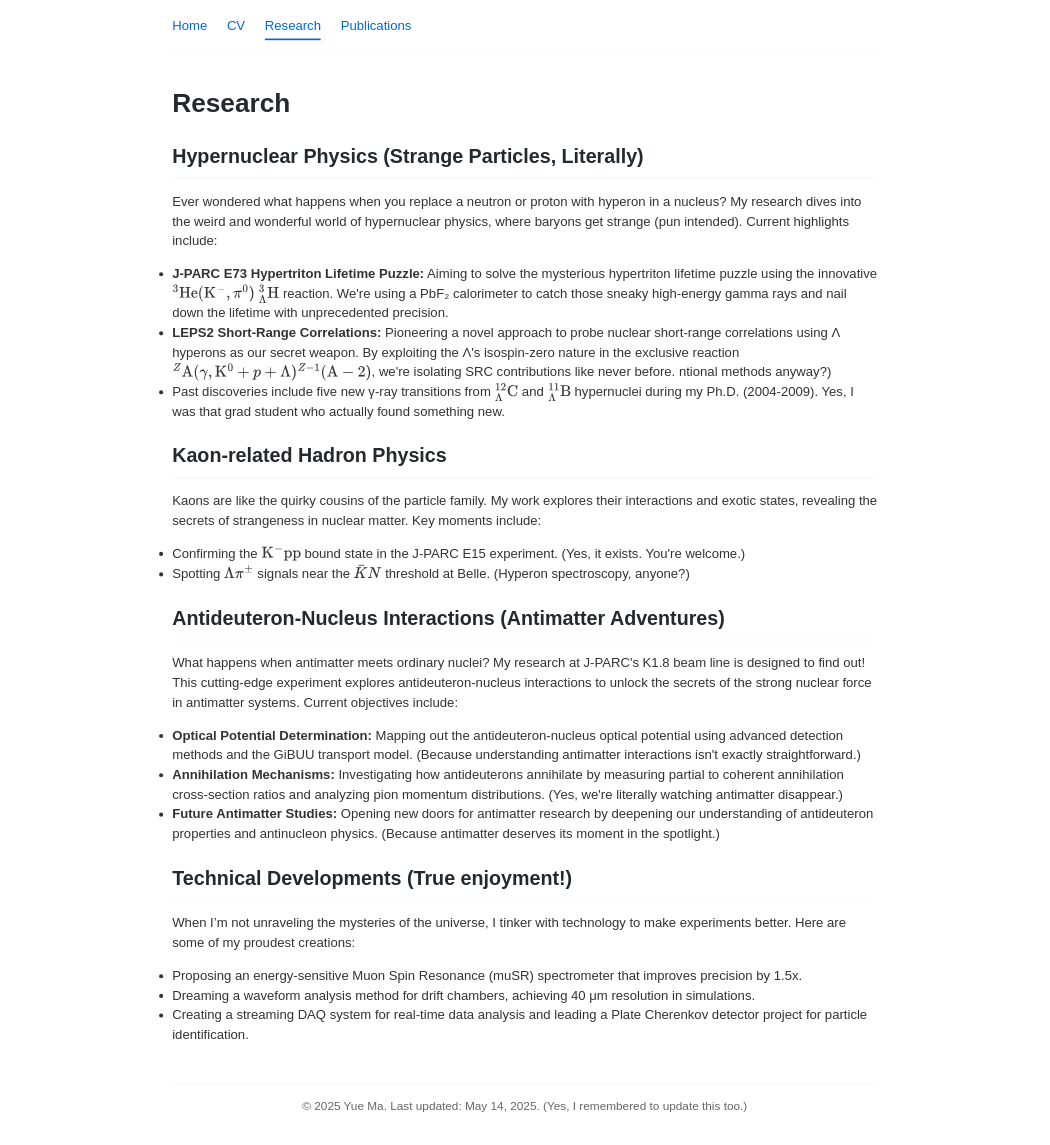
Repository: ymaphys/ymaphys.github.io
Page: research.html
The author's editor kept a copy of each file at every save. The page is drawn from the files as they stood at one save, then again after the next save.
The browser window is 1280 px wide. The pictures show the whole page, at 82% of full size.

Above is the page before, as saved 2025-05-30 07:39:25.
Console error: TypeError: Cannot set properties of null (setting 'textContent')

### research.html
<!DOCTYPE html>
<html lang="en">
<head>
    <meta charset="UTF-8">
    <meta name="viewport" content="width=device-width, initial-scale=1.0">
    <title>Research - Yue Ma</title>
    <link rel="stylesheet" href="assets/css/style.css">

    <!-- MathJax Configuration -->
    <script>
      MathJax = {
        tex: {
          inlineMath: [['$', '$'], ['\\(', '\\)']],
          displayMath: [['$$', '$$'], ['\\[', '\\]']]
        },
        svg: {
          fontCache: 'global'
        }
      };
    </script>

    <!-- Load MathJax -->
    <script
      type="text/javascript"
      id="MathJax-script"
      async
      src="https://cdn.jsdelivr.net/npm/mathjax@3/es5/tex-svg.js">
    </script>
</head>
<body>
    <header>
        <nav>
            <ul>
                <li><a href="index.html">Home</a></li>
                <li><a href="cv.html">CV</a></li>
                <li><a href="research.html" class="active">Research</a></li>
                <li><a href="publications.html">Publications</a></li>
            </ul>
        </nav>
    </header>

    <main>
        <h1>Research</h1>

        <section id="hypernuclear-physics">
            <h2>Hypernuclear Physics (Strange Particles, Literally)</h2>
            <p>
                Ever wondered what happens when you replace a neutron or proton with hyperon
                in a nucleus?
                My research dives into the weird and wonderful world of hypernuclear physics,
                where baryons get strange (pun intended). Current highlights include:
            </p>
            <ul>
                <li>
                    <strong>J-PARC E73 Hypertriton Lifetime Puzzle:</strong> Aiming to solve the
                    mysterious hypertriton lifetime puzzle using the innovative
                    <span class="math inline">$^3\mathrm{He}(\mathrm{K}^-, \pi^0)$ $_\Lambda^3\mathrm{H}$</span>
                    reaction. We're using a PbF₂ calorimeter to catch those sneaky high-energy gamma rays
                    and nail down the lifetime with unprecedented precision.
                </li>
                <li>
                    <strong>LEPS2 Short-Range Correlations:</strong> Pioneering a novel approach to probe
                    nuclear short-range correlations using Λ hyperons as our secret weapon. By exploiting
                    the Λ's isospin-zero nature in the exclusive reaction
                    <span class="math inline">$^Z\mathrm{A}(\gamma, \mathrm{K}^0 + p + \Lambda)^{Z-1}(\mathrm{A}-2)$</span>,
                    we're isolating SRC contributions like never before. ntional methods anyway?)
                </li>
                <li>
                    Past discoveries include five new γ-ray transitions from
                    <span class="math inline">${}_{\Lambda}^{12}\mathrm{C}$</span> and
                    <span class="math inline">${}_{\Lambda}^{11}\mathrm{B}$</span> hypernuclei
                    during my Ph.D. (2004-2009). Yes, I was that grad student who actually found
                    something new.
                </li>
            </ul>
        </section>

        <section id="kaon-related-hadron-physics">
            <h2>Kaon-related Hadron Physics</h2>
            <p>
                Kaons are like the quirky cousins of the particle family. My work explores their
                interactions and exotic states, revealing the secrets of strangeness in nuclear
                matter. Key moments include:
            </p>
            <ul>
                <li>
                    Confirming the <span class="math inline">$\mathrm{K}^{-} \mathrm{pp}$</span>
                    bound state in the J-PARC E15 experiment. (Yes, it exists. You're welcome.)
                </li>
                <li>
                    Spotting <span class="math inline">$\Lambda \pi^{\pm}$</span> signals near the
                    <span class="math inline">$\bar{K}N$</span> threshold at Belle.
                    (Hyperon spectroscopy, anyone?)
                </li>
            </ul>
        </section>

        <section id="antideuteron-experiment">
            <h2>Antideuteron-Nucleus Interactions (Antimatter Adventures)</h2>
            <p>
                What happens when antimatter meets ordinary nuclei? My research at J-PARC's K1.8 beam line
                is designed to find out! This cutting-edge experiment explores antideuteron-nucleus interactions
                to unlock the secrets of the strong nuclear force in antimatter systems. Current objectives include:
            </p>
            <ul>
                <li>
                    <strong>Optical Potential Determination:</strong> Mapping out the antideuteron-nucleus
                    optical potential using advanced detection methods and the GiBUU transport model.
                    (Because understanding antimatter interactions isn't exactly straightforward.)
                </li>
                <li>
                    <strong>Annihilation Mechanisms:</strong> Investigating how antideuterons annihilate
                    by measuring partial to coherent annihilation cross-section ratios and analyzing
                    pion momentum distributions. (Yes, we're literally watching antimatter disappear.)
                </li>
                <li>
                    <strong>Future Antimatter Studies:</strong> Opening new doors for antimatter research
                    by deepening our understanding of antideuteron properties and antinucleon physics.
                    (Because antimatter deserves its moment in the spotlight.)
                </li>
            </ul>
        </section>

        <section id="technical-developments">
            <h2>Technical Developments (True enjoyment!)</h2>
            <p>
                When I’m not unraveling the mysteries of the universe, I tinker with technology
                to make experiments better. Here are some of my proudest creations:
            </p>
            <ul>
                <li>
                    Proposing an energy-sensitive Muon Spin Resonance (muSR) spectrometer that
                    improves precision by 1.5x.
                </li>
                <li>
                    Dreaming a waveform analysis method for drift chambers, achieving 40 μm
                    resolution in simulations.
                </li>
                <li>
                    Creating a streaming DAQ system for real-time data analysis and leading a
                    Plate Cherenkov detector project for particle identification.
                </li>
            </ul>
        </section>

    </main>

    <footer>
        <p>
            &copy; 2025 Yue Ma. Last updated: May 14, 2025.
            (Yes, I remembered to update this too.)
        </p>
    </footer>

    <script src="assets/js/script.js"></script>
</body>
</html>

### assets/css/style.css
/* Minimalist style based on test.html */
* {
    margin: 0;
    padding: 0;
    box-sizing: border-box;
}

body {
    font-family: Arial, sans-serif;
    max-width: 900px;
    margin: 0 auto;
    padding: 20px;
    color: #333;
    line-height: 1.5;
}

h1, h2, h3, h4, h5, h6 {
    color: #24292e;
    margin: 1.5rem 0 1rem;
}

h1 {
    font-size: 2rem;
    margin-top: 0;
}

h2 {
    font-size: 1.5rem;
    border-bottom: 1px solid #f6f8fa;
    padding-bottom: 0.5rem;
}

p {
    margin-bottom: 1rem;
}

a {
    color: #0366d6;
    text-decoration: none;
}

a:hover {
    text-decoration: underline;
}

/* Navigation */
nav {
    margin-bottom: 2.5rem;
    border-bottom: 1px solid #f6f8fa;
    padding-bottom: 1rem;
}

nav ul {
    display: flex;
    list-style: none;
    gap: 1.5rem;
}

nav a {
    padding: 0.5rem 0;
    font-weight: 500;
    position: relative;
}

nav a.active, nav a:hover {
    color: #0366d6;
}

nav a.active::after {
    content: '';
    position: absolute;
    bottom: -1px;
    left: 0;
    width: 100%;
    height: 2px;
    background-color: #0366d6;
}

/* Profile */
.profile {
    display: flex;
    gap: 2rem;
    margin-bottom: 2rem;
    align-items: center;
}

.profile-image img {
    width: 150px;
    height: 150px;
    border-radius: 4px;
    object-fit: cover;
}

/* Content blocks */
pre {
    background-color: #f6f8fa;
    padding: 16px;
    overflow: auto;
    border-radius: 3px;
    margin-bottom: 1.5rem;
}

code {
    background-color: #f6f8fa;
    padding: 0.2em 0.4em;
    margin: 0;
    font-size: 110%;
    border-radius: 3px;
}

pre code {
    padding: 0;
    border-radius: 0;
}

/* Publications */
.publication-list {
    list-style: none;
}

.publication-list li {
    margin-bottom: 1.5rem;
    padding-bottom: 1rem;
    border-bottom: 1px solid #f6f8fa;
}

.publication-title {
    font-weight: 600;
}

/* Footer */
footer {
    margin-top: 3rem;
    padding-top: 1rem;
    border-top: 1px solid #f6f8fa;
    text-align: center;
    font-size: 0.9rem;
    color: #666;
}

/* Responsive */
@media (max-width: 768px) {
    .profile {
        flex-direction: column;
    }

    nav ul {
        flex-wrap: wrap;
    }
}

### assets/js/script.js
// Set current year in footer
document.getElementById('year').textContent = new Date().getFullYear();

// You can add more functionality here as needed

After the next save:
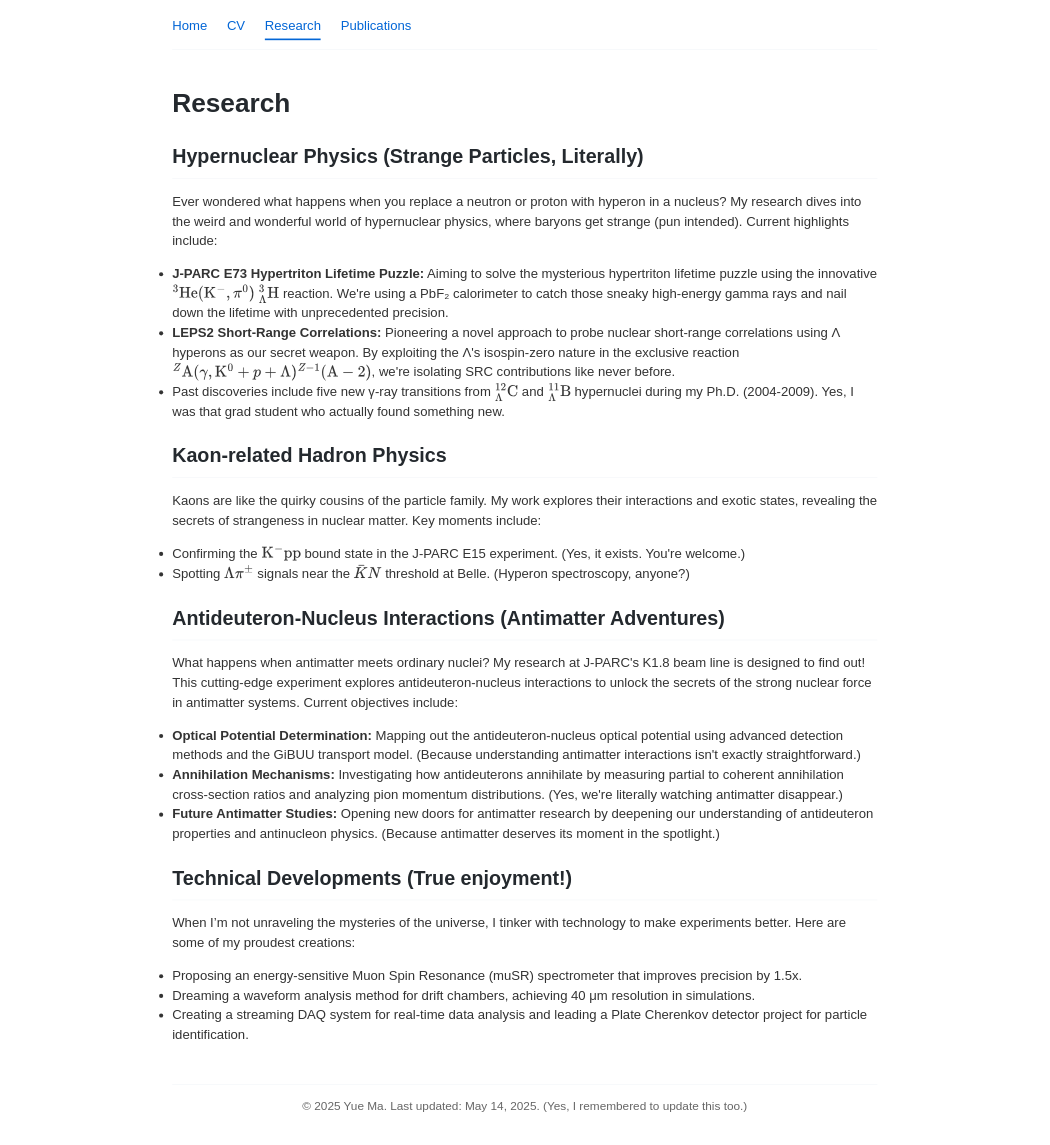
Saved 4 s later.
--- a/research.html
+++ b/research.html
@@ -63,7 +63,7 @@
                     nuclear short-range correlations using Λ hyperons as our secret weapon. By exploiting
                     the Λ's isospin-zero nature in the exclusive reaction
                     <span class="math inline">$^Z\mathrm{A}(\gamma, \mathrm{K}^0 + p + \Lambda)^{Z-1}(\mathrm{A}-2)$</span>,
-                    we're isolating SRC contributions like never before. ntional methods anyway?)
+                    we're isolating SRC contributions like never before.
                 </li>
                 <li>
                     Past discoveries include five new γ-ray transitions from
